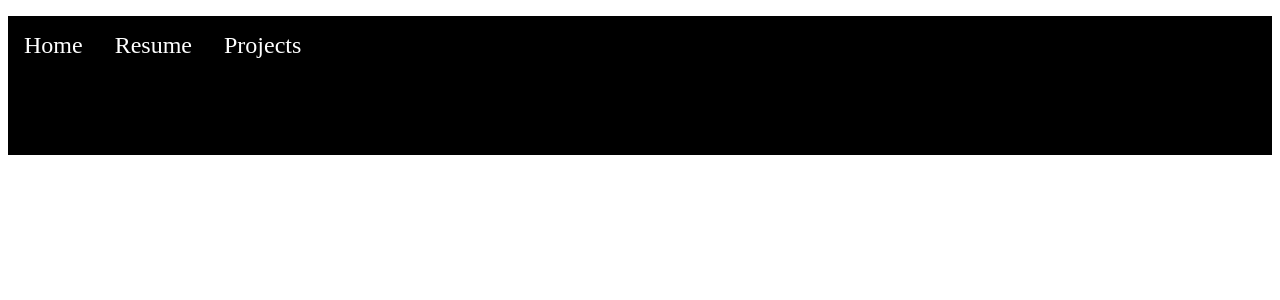
Repository: GiangNguyen2805/GiangNguyen2805.github.io
Page: resume.html
The author's editor kept a record of every edit. The page is drawn from the files as they stood at one moment, then again after the next edit.
The browser window is 1280 px wide. The pictures show the whole page.

Above is the page before.

### resume.html
<!DOCTYPE html>
<html>
<head>
<title>Page Title</title>
<style>
    .navbar{
        list-style: none;
        background-color: black;
        overflow: hidden;
        padding: 0;
    }
    .navbar a, .dropdown div{
        text-decoration: none;
        color: white ;
        font-size: 24px;
        padding: 16px;
        display: inline-block;
    }
   .navbar li{
       float: left;
   }
   .navbar li:hover{
       background-color: blue;
   }
   .dropdown-content{
       list-style: none;
       padding: 0;
       display: none;
       position: absolute;
       z-index: 1;
       background-color: black
   }
   .dropdown-content li{
       float: none;
   }
   .dropdown:hover .dropdown-content{
       display: block;
   }
</style>


</head>
<body>

<ul class="navbar">
<li><a href="/index.html">Home</a></li>
<li><a href="resume.html">Resume</a></li>
<li class="dropdown">
    <div>Projects</div>
    <ul class="dropdown-content">
        <li><a href="a">Project 1</a></li>
        <li><a href="a">Project 2</a></li>
        <li><a href="a">Project 3</a></li>

    </ul>

    <h1>Resume</h1>

</li>
</body>
</html>

After the next edit:
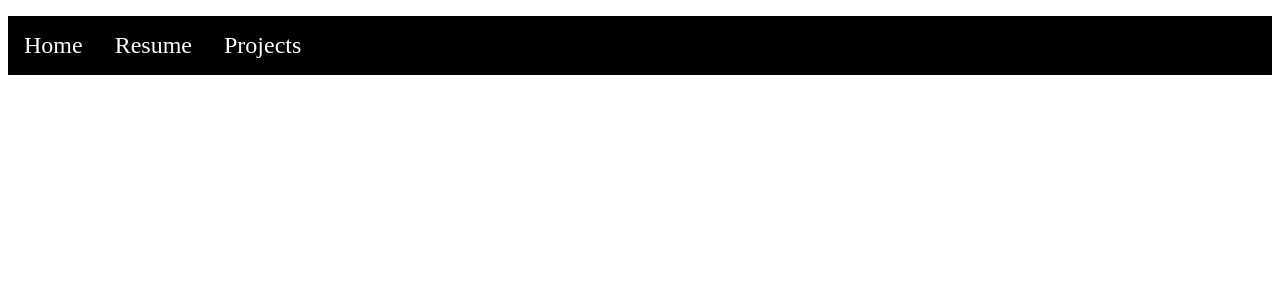
The edit:
--- a/resume.html
+++ b/resume.html
@@ -54,7 +54,7 @@
 
     </ul>
 
-    <h1>Resume</h1>
+
 
 </li>
 </body>
